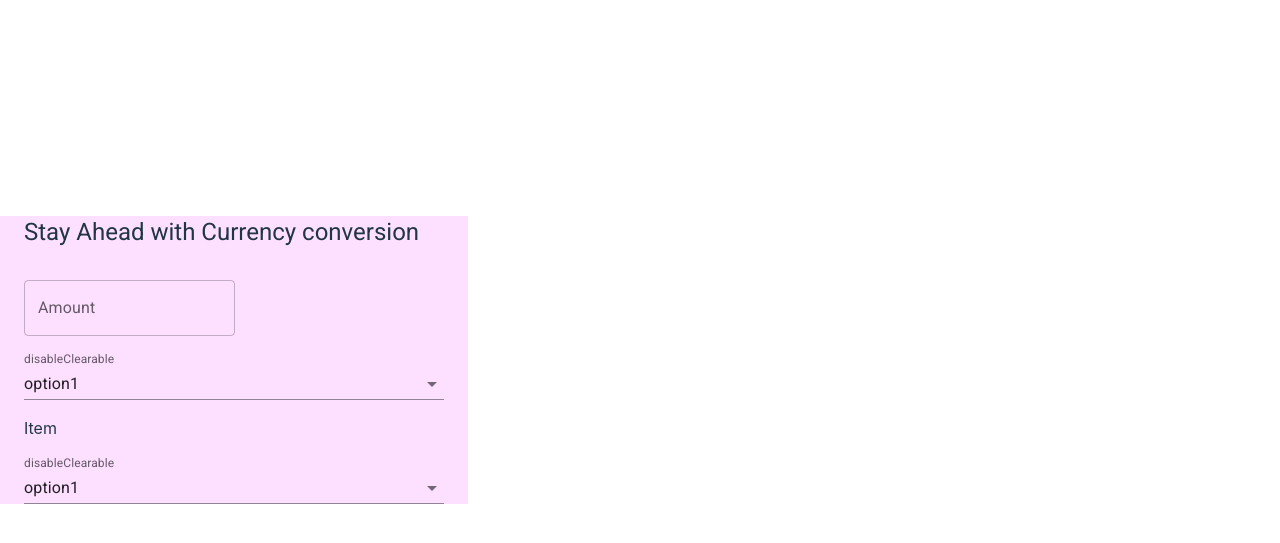
Repository: Asad-devv/CURRENCY
Page: /
These files come from the project's save history. The page is drawn as it stood at one moment and after the next save; the edit follows.
The browser window is 1280 px wide. The pictures show the whole page.
The project was rebuilt for these pictures with package versions that can differ from the ones it lists, and the page was loaded fresh each time. Also part of the build but not shown: craco.config.js.

Above is the page before, as saved 2023-03-01 22:17:37.

After the next save:
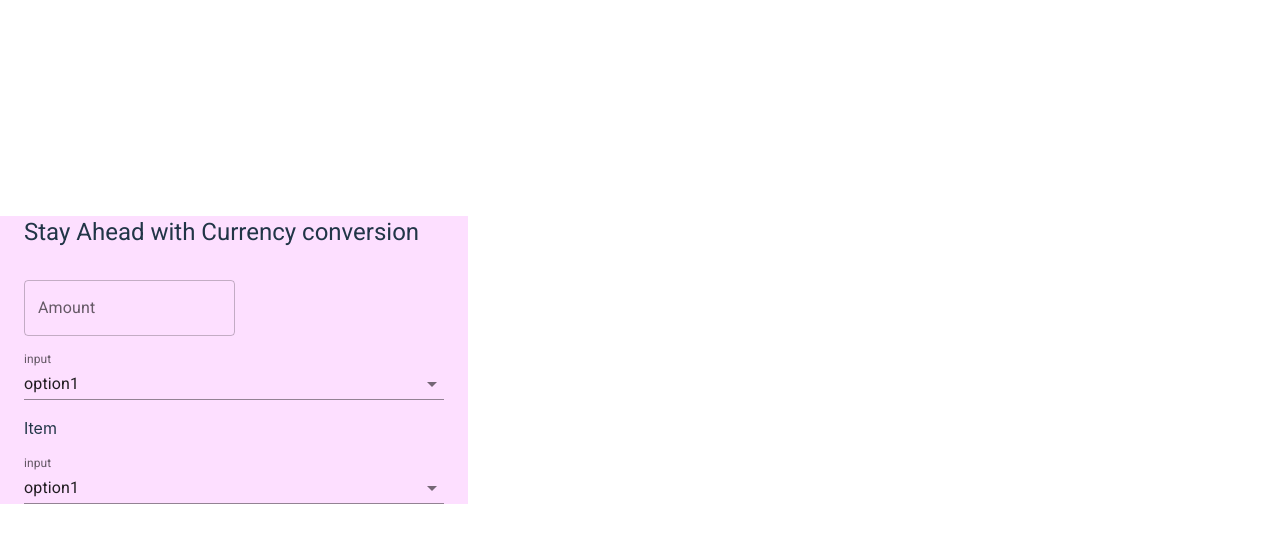
Saved 8 s later.
--- a/src/components/selectCountry.jsx
+++ b/src/components/selectCountry.jsx
@@ -10,7 +10,7 @@ const SelectCountry = () => {
         id="disable-clearable"
         disableClearable
         renderInput={(params) => (
-          <TextField {...params} label="disableClearable" variant="standard" />
+          <TextField {...params} label="input" variant="standard" />
         )}
       />
   </Grid>
